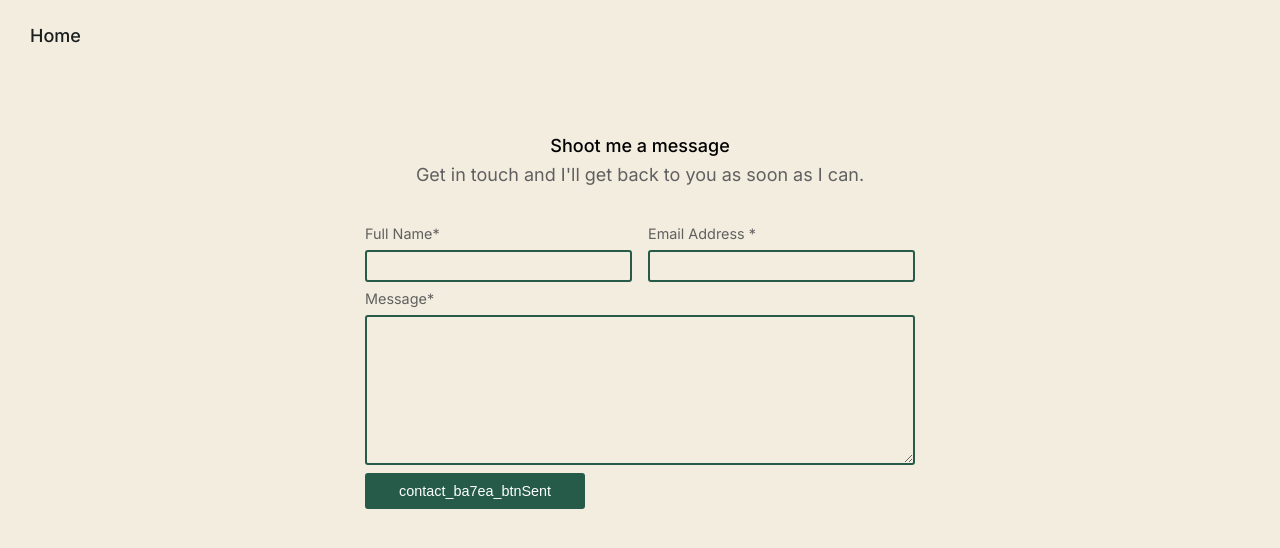
Repository: David-Waite/David-Waite-Portfolio
Page: /contact
An editor plug-in stored every save of this project. The page is shown before and after the next save, followed by the edit.
The browser window is 1280 px wide. The pictures show the whole page.
The project was rebuilt for these pictures with package versions that can differ from the ones it lists, and the page was loaded fresh each time. The framework's server and built-in components were replaced by stand-ins that run in the browser. Also part of the build but not shown: next.config.js, app/components/Nav/NavButton/navButton.module.css, app/components/Nav/NavButton/NavButton.tsx.

Above is the page before, as saved 2023-07-26 20:23:50.

### app/layout.tsx
import "./globals.css";
import type { Metadata } from "next";
import { Inter } from "next/font/google";
import Link from "next/link";
import NavBar from "./components/Nav/NavBar/NavBar";

const inter = Inter({ subsets: ["latin"] });

export const metadata: Metadata = {
  title: "Create Next App",
  description: "Generated by create next app",
};

export default function RootLayout({
  children,
}: {
  children: React.ReactNode;
}) {
  return (
    <html lang="en">
      <body className={inter.className}>
        <NavBar />
        {children}
      </body>
    </html>
  );
}

### app/contact/page.tsx
import { Metadata, NextPage } from "next/types";
import { Contact } from "../components/Contact/contact";

export const metadata: Metadata = {
  title: "David Waite | Contact ",
};

const ContactPage: NextPage = () => {
  return <Contact />;
};

export default ContactPage;

### app/globals.css
:root {
  --primary: #255b48;
  --black: #191d1b;
  --background: #f3eddf;
  --white: #ffffff;
  --grey: #606060;
  --error: #a83c23;
}

.paragraph {
  font-size: 18px;
  font-style: normal;
  font-weight: 400;
  line-height: 25.2px;
  color: var(--black);
}

body {
  background-color: var(--background);
}

* {
  padding: 0;
  margin: 0;
  box-sizing: border-box;
}

### app/components/Nav/NavBar/NavBar.tsx
"use client";
import NavButton from "../NavButton/NavButton";
import styles from "./navBar.module.css";
import { usePathname } from "next/navigation";

import Link from "next/link";

export default function NavBar() {
  const currentRoute = usePathname();

  return (
    <nav className={styles.container}>
      <Link href={`./${currentRoute === "/" ? "about" : "/"}`}>
        {currentRoute === "/" ? "About" : "Home"}
      </Link>

      {currentRoute !== "/contact" && <NavButton />}
    </nav>
  );
}

### app/components/Contact/contact.tsx
"use client";

import { FormEvent, useState } from "react";
import styles from "./contact.module.css";
import { useSearchParams } from "next/navigation";
export const Contact = () => {
  const [message, setMessage] = useState<string>("");
  const [status, setStatus] = useState<string>("");
  const [disabled, setDisabled] = useState<boolean>(false);
  const searchParams = useSearchParams();

  const onContactFormSubmit = async (e: FormEvent<HTMLFormElement>) => {
    e.preventDefault();
    setStatus("loading");
    const formData: { [key: string]: string } = {};
    const elements = e.currentTarget.elements as unknown as Array<
      HTMLInputElement | HTMLTextAreaElement | HTMLButtonElement
    >;

    Array.from(elements).forEach((field) => {
      if (!field.name) return;
      formData[field.name] = field.value;
    });

    await fetch("/contact/send", {
      method: "POST",
      body: JSON.stringify(formData),
    })
      .then((res) => res.json())
      .then((res) => {
        setMessage(res.message);
        setStatus(res.status);
        setDisabled(res.message.length > 0);
      });
  };

  return (
    <div className={styles.container}>
      <h1 className={styles.heading}>Shoot me a message</h1>
      <p className={styles.tagline}>
        Get in touch and I&apos;ll get back to you as soon as I can.
      </p>

      <form onSubmit={onContactFormSubmit}>
        {message.length > 0 ? (
          <div
            className={`paragraph ${styles.alert} ${
              status ? styles.alertSuccess : styles.alertError
            }`}
          >
            <span>{message}</span>
          </div>
        ) : null}
        <div className={styles.topForm}>
          <div className={styles.inputCon}>
            <label htmlFor="name">
              <span>Full Name*</span>
            </label>
            <input
              type="text"
              name="name"
              id="name"
              required
              disabled={disabled}
            />
          </div>
          <div className={styles.inputCon}>
            <label htmlFor="email">
              <span>Email Address *</span>
            </label>
            <input
              type="email"
              name="email"
              id="email"
              required
              disabled={disabled}
            />
          </div>
        </div>

        <div className={`${styles.message} ${styles.inputCon}`}>
          <label htmlFor="message">
            <span>Message*</span>
          </label>
          <textarea
            rows={3}
            name="message"
            id="message"
            required
            disabled={disabled}
          ></textarea>
        </div>

        <button
          type="submit"
          className={`${styles.button} ${
            status === "loading"
              ? styles.btnLoading
              : status === "error"
              ? styles.btnError
              : styles.btnSent
          }`}
          disabled={disabled}
        >
          {status === "loading"
            ? styles.btnLoading
            : status === "error"
            ? styles.btnError
            : styles.btnSent}
        </button>
      </form>
    </div>
  );
};

### app/components/Nav/NavBar/navBar.module.css
.container {
  display: flex;
  align-items: center;
  justify-content: space-between;
  height: 70px;
  padding: 0 30px;
}

.container a {
  color: var(--black);
  cursor: pointer;
  text-decoration: none;
  font-size: 18px;
  font-weight: 500;
}

### app/components/Contact/contact.module.css
.container {
  min-height: calc(100vh - 216px);
  display: flex;
  flex-direction: column;
  align-items: center;
  justify-content: center;
}

.container h1 {
  color: var(--back);
  font-weight: 500;
  font-size: 18px;
  margin-bottom: 8px;
}

.container p {
  text-align: center;
  margin-bottom: 40px;
  font-weight: 400;
  color: var(--grey);
  font-size: 18px;
}

.container form {
  display: flex;
  flex-direction: column;
  gap: 8px;
  position: relative;
}

.topForm {
  display: grid;
  grid-template-columns: 1fr 1fr;
  gap: 16px;
}

.inputCon {
  display: flex;
  flex-direction: column;
  gap: 8px;
}

.message textarea {
  background-color: var(--background);
  border: 2px solid var(--primary);
  border-radius: 3px;
  height: 150px;
  width: 550px;
  font-size: 16px;
  padding: 8px;
}
.inputCon label {
  color: var(--grey);
  font-size: 14.4px;
}

.inputCon input {
  background-color: var(--background);
  border: 2px solid var(--primary);
  border-radius: 3px;
  font-size: 16px;
  padding-left: 8px;
  height: 32px;
}

.inputCon select {
  height: 36px;
  font-size: 16px;
}

.container form button {
  border-radius: 3px;
  background: var(--background);
  border: 2px solid var(--primary);
  padding: 8px 32px;
  font-size: 14.4px;
  margin-right: auto;
  text-align: center;

  color: var(--primary);
  cursor: pointer;
}

.container form button:hover {
  background: var(--primary);
  color: var(--white);
}

.alert {
  position: absolute;
  top: -33px;
  left: 0px;
  color: var(--white);
  font-size: 16px;
  text-align: center;
  width: 100%;
  border-radius: 3px;
}

.alertSuccess {
  background-color: green;
}

.alertError {
  background-color: red;
}

.container form .btnLoading:hover {
  background: transparent;
  border-color: var(--primary);
  font-weight: 400;
  cursor: auto;
}

.container form .btnLoading {
  position: relative;

  background: transparent;
  border-color: var(--primary);

  cursor: pointer;
  color: transparent !important;
}

.container form .btnLoading::after {
  content: "";
  position: absolute;
  width: 16px;
  height: 16px;
  top: 0;
  left: 0;
  right: 0;
  bottom: 0;
  margin: auto;
  border: 3px solid var(--primary);
  border-top-color: transparent;
  border-radius: 50%;
  animation: button-loading-spinner 0.9s linear infinite;
}

@keyframes button-loading-spinner {
  from {
    transform: rotate(0deg);
  }
  to {
    transform: rotate(359deg);
  }
}

.btnSent {
  color: var(--white) !important;
  background-color: var(--primary) !important;
}

.btnError {
  color: var(--white) !important;
  background-color: var(--error) !important;
  border-color: var(--error) !important;
}

@media (max-width: 600px) {
  .container {
    padding: 10px;
  }
  .topForm {
    grid-template-columns: 1fr;
    gap: 8px;
  }
  .message textarea {
    width: calc(100vw - 38px);
  }
  .container form {
    width: 100%;
  }
}

After the next save:
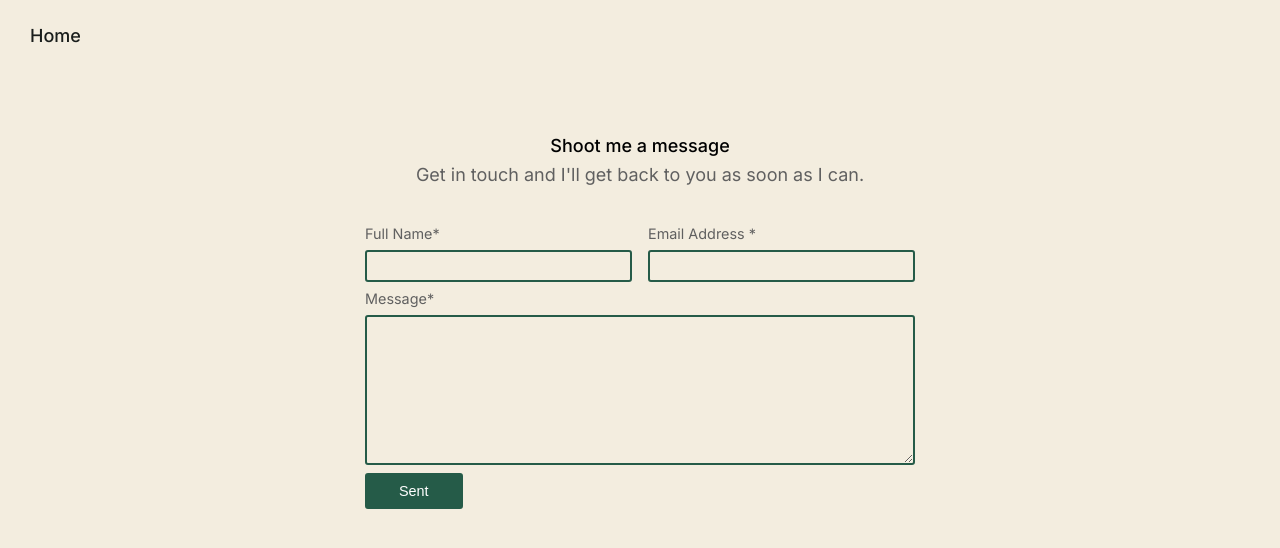
Saved 13 s later.
--- a/app/components/Contact/contact.tsx
+++ b/app/components/Contact/contact.tsx
@@ -106,7 +106,7 @@ export const Contact = () => {
             ? styles.btnLoading
             : status === "error"
             ? styles.btnError
-            : styles.btnSent}
+            : "Sent"}
         </button>
       </form>
     </div>
